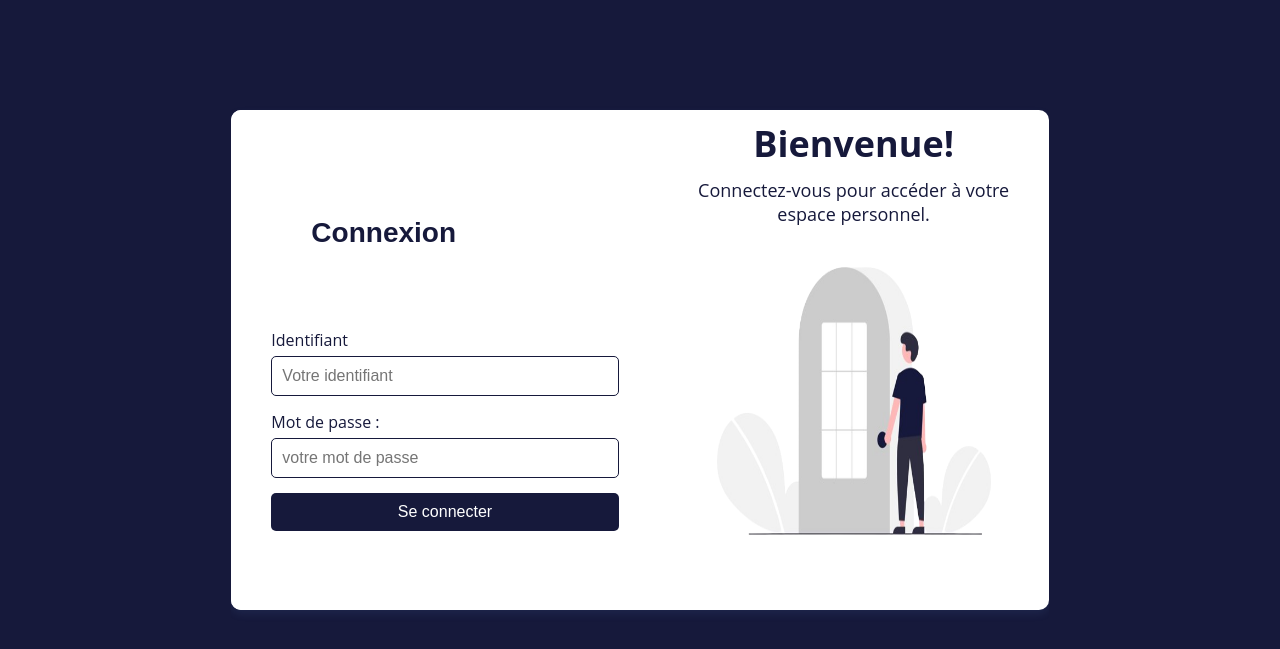
Repository: ndiawar/ProjetGab
Page: home.html
The author's editor kept a copy of each file at every save. The page is drawn from the files as they stood at one save, then again after the next save.
The browser window is 1280 px wide. The pictures show the whole page.

Above is the page before, as saved 2024-08-07 14:20:59.

### home.html
<!DOCTYPE html>
<html lang="fr">
<head>
    <meta charset="UTF-8">
    <meta name="viewport" content="width=device-width, initial-scale=1.0">
    <link rel="stylesheet" href="style.css">
    <title>Page de Connexion</title>
</head>
<body>
    <div class="login-container">
        <!-- Section de formulaire -->
        <div class="login-form">
            <h2 id="titreCnx">Connexion</h2>
            <form>
                <div class="form-group">
                    <label for="identifiant">Identifiant</label>
                    <input type="text" id="identifiant" name="identifiant" placeholder="Votre identifiant" required>
                </div>
                <div class="form-group">
                    <label for="password">Mot de passe :</label>
                    <input type="password" id="password" name="password" placeholder="votre mot de passe" required>
                </div>
                <button type="submit">Se connecter</button>
            </form>
        </div>

        <!-- Section de bienvenue -->
        <div class="welcome-section">
            <div class="welcome-content">
                <h1>Bienvenue!</h1>
                <p>Connectez-vous pour accéder à votre espace personnel.</p>
                <img src="./image/accueil.png" alt="Logo" class="logo">
            </div>
        </div>
    </div>
</body>
</html>

### style.css
:root {
    /* Définition des couleurs de base */
    --blue-sky-1: #16193B; /* Bleu nuit */
    --blue-sky-2: #35478C; /* Bleu foncé */
    --blue-sky-3: #4E7AC7; /* Bleu vif */
    --blue-sky-4: #7FB2F0; /* Bleu clair */
    --blue-sky-5: #ADD5F7; /* Bleu très clair */
    --Noir-6: #000000; /* Noir */
    --Blanc-7: #ffffff; /* Blanc */

    /* Utilisation des couleurs pour différents éléments */
    --color-title: var(--blue-sky-1); /* Couleur pour les titres */
    --color-subtitle: var(--blue-sky-3); /* Couleur pour les sous-titres */
    --color-paragraph: var(--blue-sky-2); /* Couleur pour les paragraphes */
    --color-border: var(--blue-sky-4); /* Couleur pour les bordures */
    --color-backgroundFoncé: var(--blue-sky-1); /* Couleur de fond foncée */
    --color-background: var(--blue-sky-5); /* Couleur de fond général */
    --color-text: var(--Noir-6); /* Couleur pour le texte de fond */
    --color-white: var(--Blanc-7); /* Couleur blanche pour le texte de fond d'une balise */

    /* Polices */
    --font-title: 'Montserrat', sans-serif;
    --font-text: 'Open Sans', sans-serif;
    --font-subtitle: 'Roboto', sans-serif;

    /* Taille de police standard et poids */
    --font-size-normal: 16px; /* Taille de police standard pour le texte */
    --font-size-title: 28px; /* Taille de police pour les grands titres */
    --font-size-subtitle: 20px; /* Taille de police pour les sous-titres */
    --font-weight-normal: 400; /* Poids normal de la police */
    --font-weight-bold: 700; /* Poids en gras */
    /* Pour le profil la taille du nom et du sous-titre */
    --font-size-titleProfil: 45px;
    --font-size-subtitleProfil: 30px;
}


/*Initialisation de notre body pour supprimer les marges et choix du type de police pour notre site*/


/*Initialisation de notre body pour supprimer les marges et choix du type de police pour notre site*/
* {
  box-sizing: border-box;
}

/* Style global pour le corps de la page */
body, html {
    margin: 0;
    padding: 0;
    color: var(--color-text);
    font-family: var(--font-text);
    font-size: var(--font-size-normal);
    font-weight: var(--font-weight-normal);
    overflow-x: hidden;
    height: 100%;
    display: flex;
    align-items: center;
    justify-content: center;
    background-color: var(--color-backgroundFoncé);/**/
}

/* Conteneur principal qui tient la page de connexion */
.login-container {
    display: flex;
    width: 100%;
    max-width: 900px;
    height: 500px;
    background-color: var(--color-white);
    box-shadow: 0 4px 8px rgba(101, 150, 214, 0.1);
    border-radius: 10px;
    overflow: hidden;
}

/* Style pour la section du formulaire de connexion */
.login-form {
    flex: 1;
    padding: 40px;
    background-color: var(--color-white);
    display: flex;
    flex-direction: column;
    justify-content: center;
}

/* Style pour les titres et formulaires dans la section de connexion */
.login-form h2 {
    margin-bottom: 20px;
    color: var(--color-title);
    font-size: var(--font-size-title);
    font-family: var(--font-title);
    font-weight: var(--font-weight-bold);
    padding: 5px 0 60px 40px;
}

.form-group {
    margin-bottom: 15px;
    font-size: var(--font-subtitle);
    font-weight: var(--font-weight-normal);
    font-family: var(--font-text);
    color: var(--color-title);
}

.form-group label {
    display: block;
    margin-bottom: 5px;
    color: var(--color-title);
}

.form-group input {
    width: 100%;
    padding: 10px;
    border: 1px solid var(--color-title);
    border-radius: 5px;
    font-size: 16px;
    box-sizing: border-box;
}

button {
    width: 100%;
    padding: 10px;
    background-color: var(--color-backgroundFoncé);
    color: var(--color-white);
    border: none;
    border-radius: 5px;
    font-size: 16px;
    cursor: pointer;
    transition: background-color 0.3s ease;
}

button:hover {
    background-color: var(--color-border);
}

/* Style pour la section de bienvenue avec le logo */
.welcome-section {
    flex: 1;
    display: flex;
    align-items: center;
    justify-content: center;
    color: var(--color-backgroundFoncé);
}

.welcome-content {
    text-align: center;
    padding: 20px;
}

.logo {
    width: 350px;
    height: 350px;
    margin-bottom: 20px;
}

.welcome-section h1 {
    margin: 0 0 10px;
    font-size: 36px;
}

.welcome-section p {
    font-size: 18px;
    margin: 0;
}

After the next save:
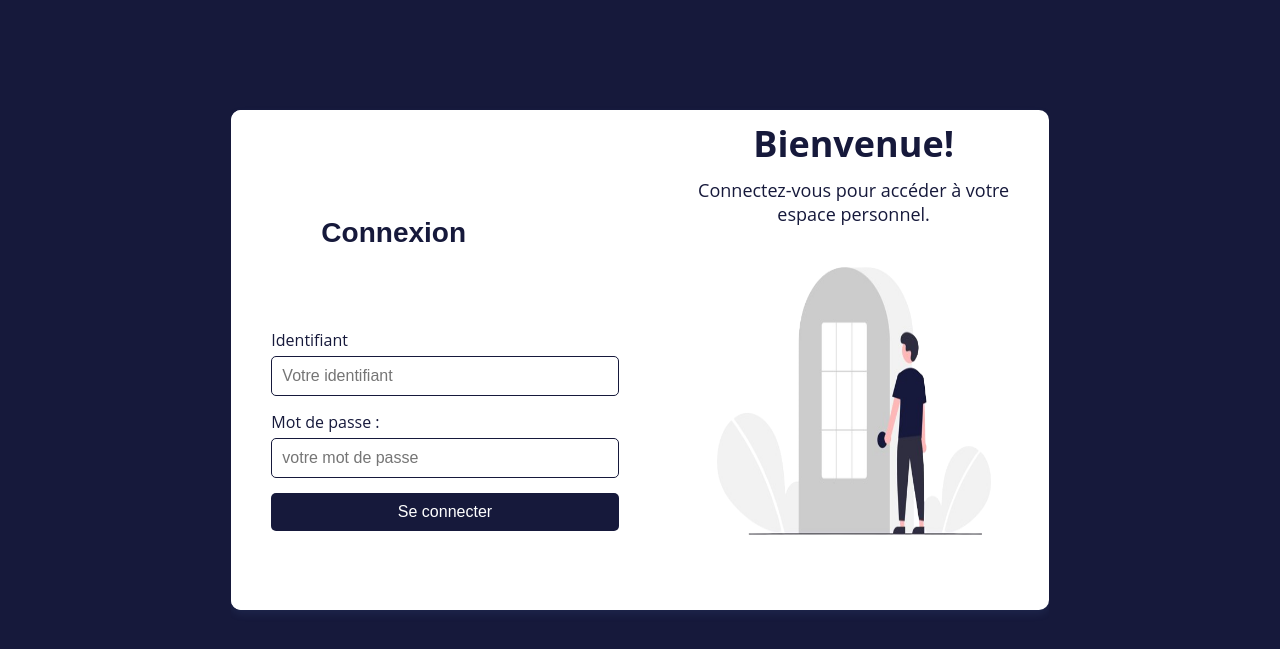
Saved 12 s later.
--- a/style.css
+++ b/style.css
@@ -88,7 +88,7 @@ body, html {
     font-size: var(--font-size-title);
     font-family: var(--font-title);
     font-weight: var(--font-weight-bold);
-    padding: 5px 0 60px 40px;
+    padding: 5px 0 60px 50px;
 }
 
 .form-group {
